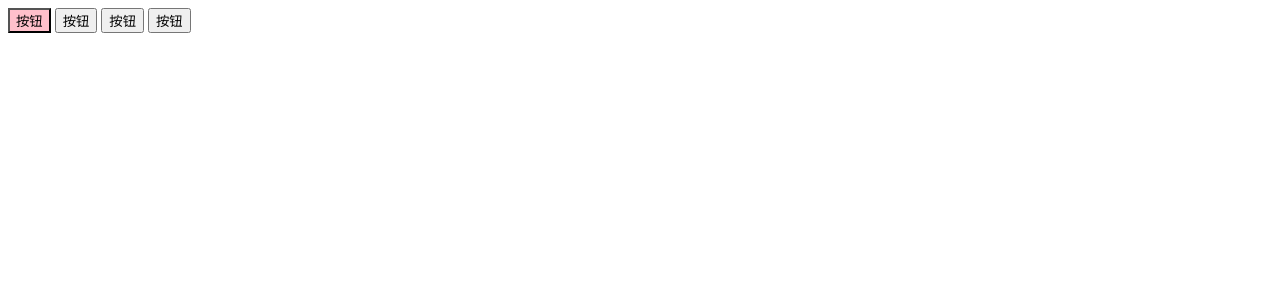
Repository: szl156/class
Page: review/javascript/demo.html
The author's editor kept a copy of each file at every save. The page is drawn from the files as they stood at one save, then again after the next save.
The browser window is 1280 px wide. The pictures show the whole page.

Above is the page before, as saved 2022-07-22 12:57:02.

After the next save:
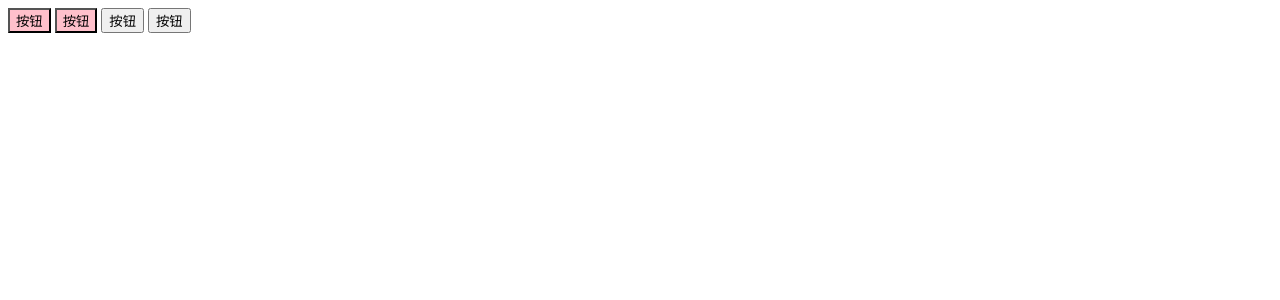
Saved 3 min 26 s later.
--- a/review/javascript/demo.html
+++ b/review/javascript/demo.html
@@ -15,7 +15,7 @@
 
 <body>
     <button class="pink">按钮</button>
-    <button>按钮</button>
+    <button class="pink">按钮</button>
     <button>按钮</button>
     <button>按钮</button>
     <script src="demo.js"></script>
